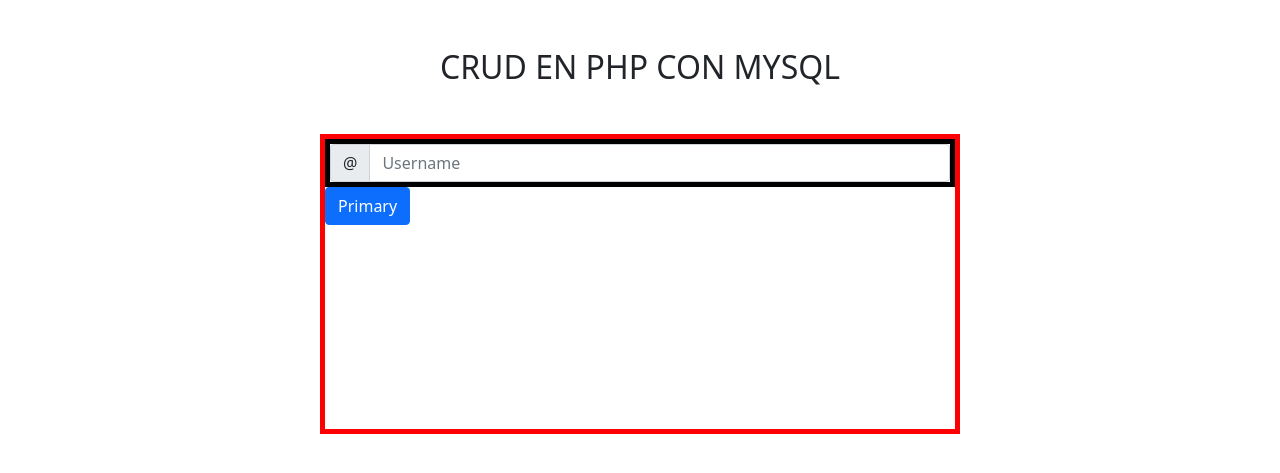
Repository: nder1996/CRUD_SENCILLO
Page: http://localhost/
The author's editor kept a copy of each file at every save. The page is drawn from the files as they stood at one save, then again after the next save.
The browser window is 1280 px wide. The pictures show the whole page.
The page is run by PHP 8.4 with error messages shown; the project is at /var/www/html/.

Above is the page before, as saved 2021-10-04 19:52:59.

After the next save:
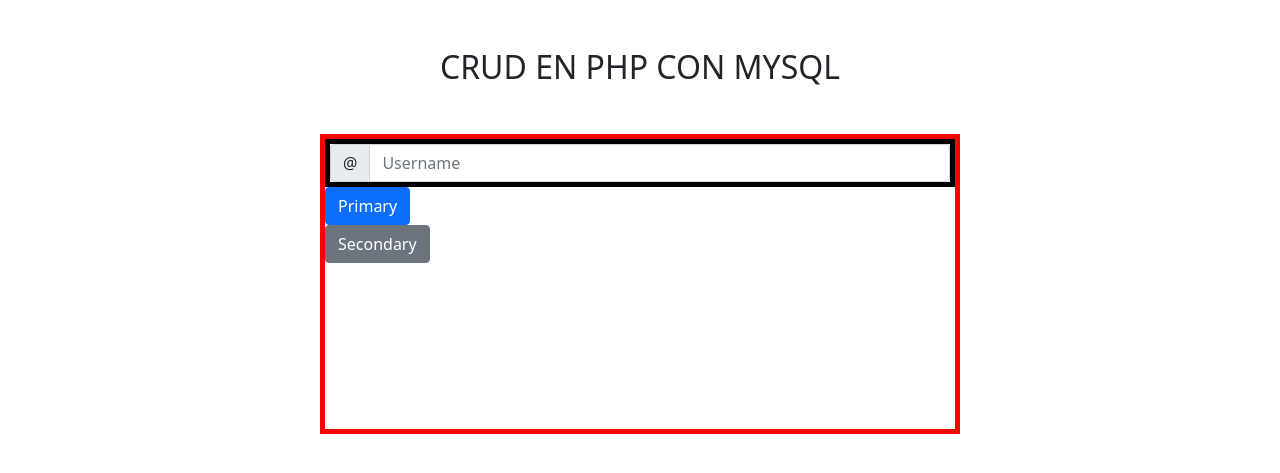
Saved 1 s later.
--- a/CRUD - SILENCIADO/index.php
+++ b/CRUD - SILENCIADO/index.php
@@ -25,7 +25,7 @@
 
                 </section>
                 <section>
-
+                    <button type="button" class="btn btn-secondary">Secondary</button
                 </section>
             </div>
         <!--
